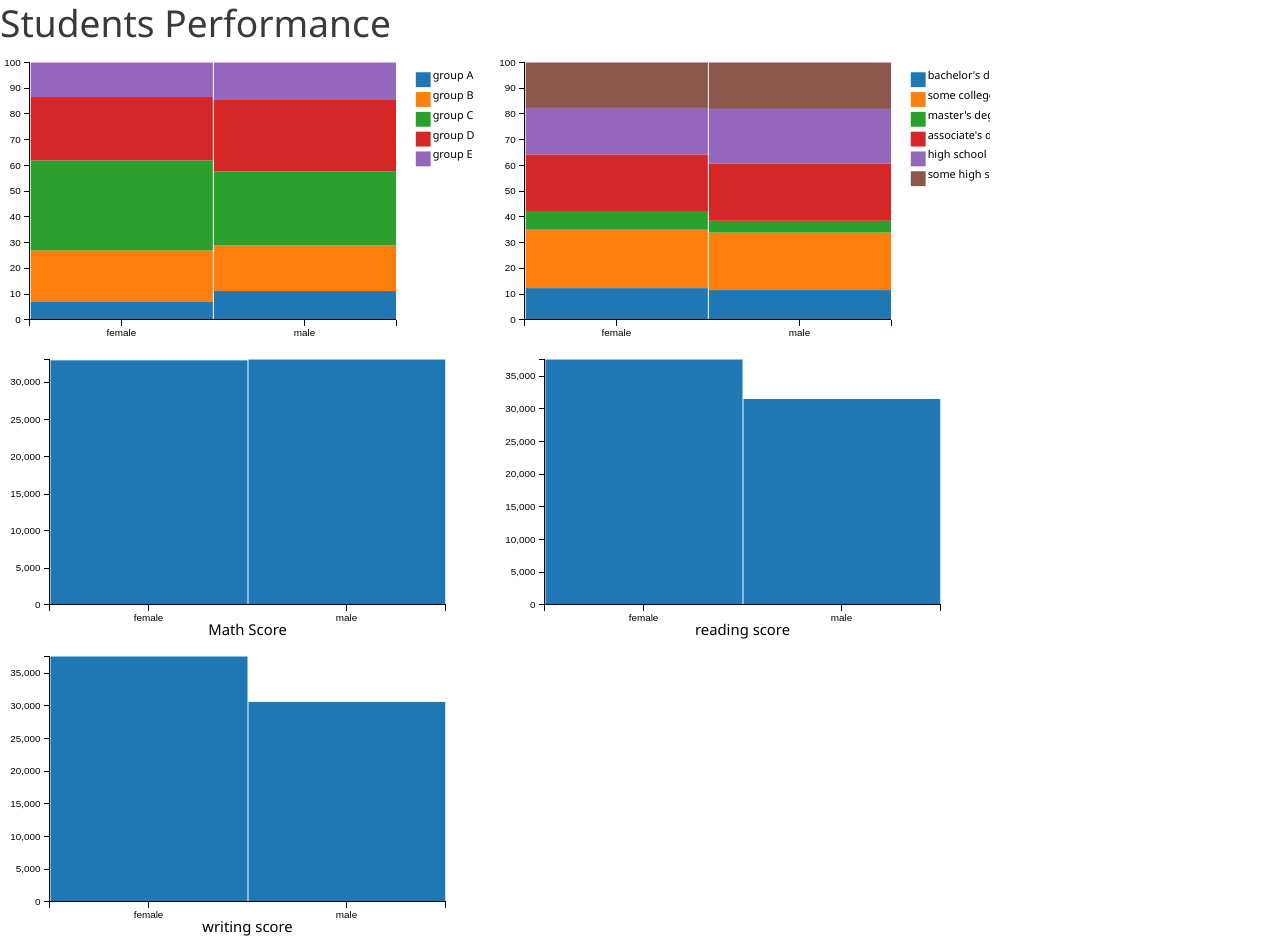
Repository: Baal89/second-milestone-project
Page: index.html
The author's editor kept a record of every edit. The page is drawn from the files as they stood at one moment, then again after the next edit.
The browser window is 1280 px wide. The pictures show the whole page, at 99% of full size.

Above is the page before.

After the next edit:
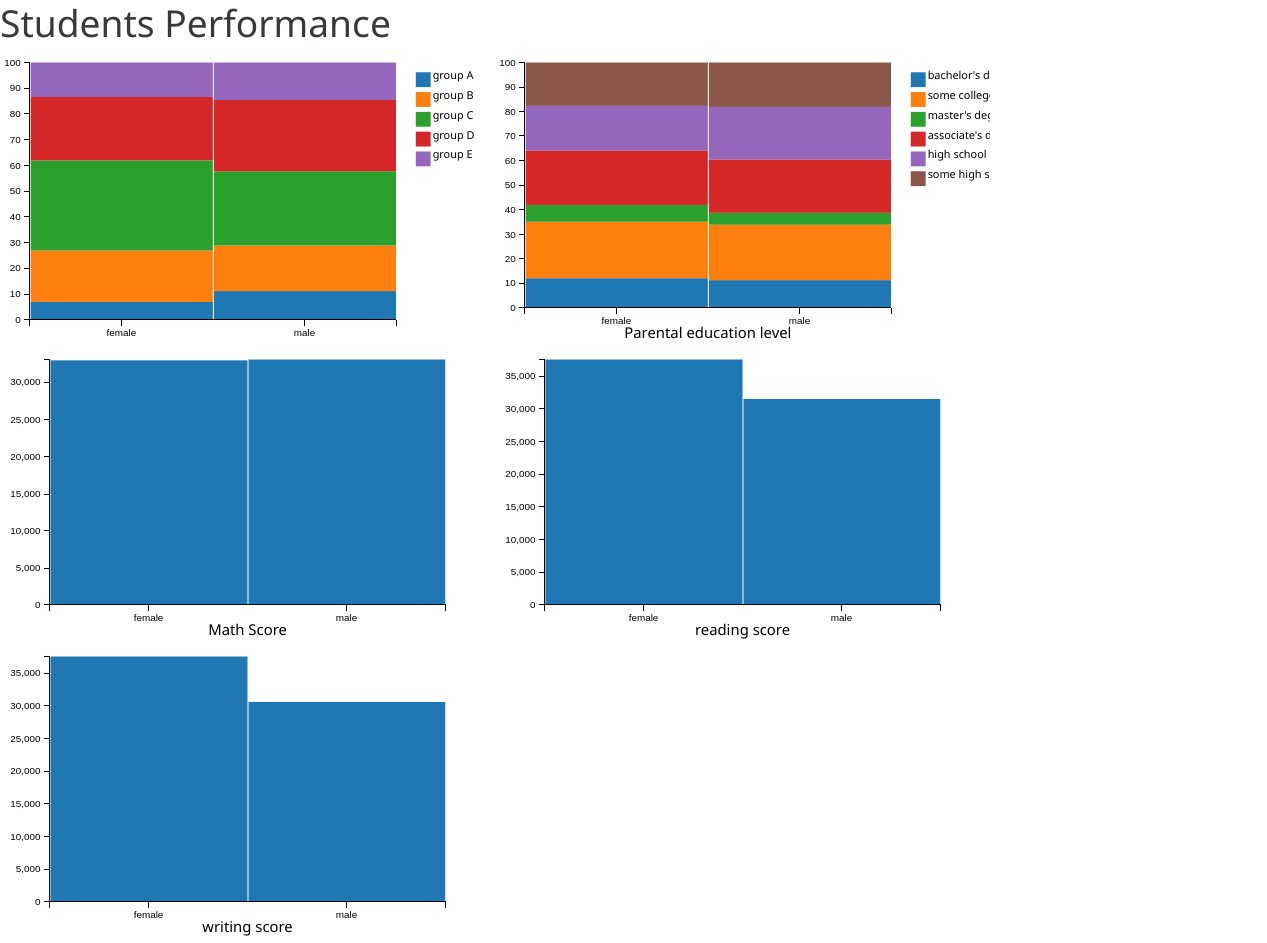
The edit:
--- a/static/js/graph.js
+++ b/static/js/graph.js
@@ -71,7 +71,7 @@
 
 function show_parental_level_of_education(ndx) {
 
-     function rankByEducation(dimension, education) {
+    function rankByEducation(dimension, education) {
         return dimension.group().reduce(
             function(p, v) {
                 p.total++;
@@ -110,7 +110,7 @@
         .stack(bByEducation, "some college")
         .stack(cByEducation, "master's degree")
         .stack(dByEducation, "associate's degree")
-        .stack(eByEducation,"high school")
+        .stack(eByEducation, "high school")
         .stack(fByEducation, "some high school")
         .valueAccessor(function(d) {
             if (d.value.total > 0) {
@@ -123,7 +123,8 @@
         .x(d3.scale.ordinal())
         .xUnits(dc.units.ordinal)
         .legend(dc.legend().x(420).y(20).itemHeight(15).gap(5))
-        .margins({ top: 10, right: 100, bottom: 30, left: 30 });
+        .margins({ top: 10, right: 100, bottom: 30, left: 30 })
+        .xAxisLabel("Parental education level")
 }
 
 function show_performance_in_math(ndx) {
